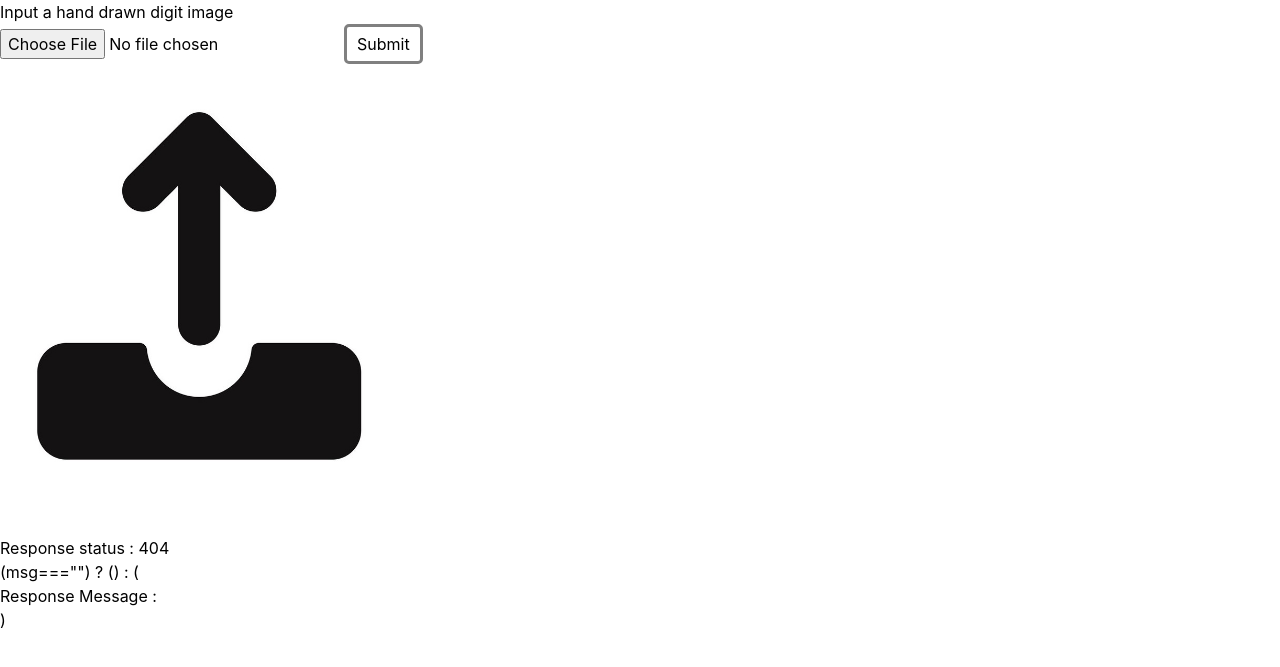
Repository: Laanith/TensorflowModelDeployment
Page: / (app in tensorflownode/)
These files come from the project's save history. The page is drawn as it stood at one moment and after the next save; the edit follows.
The browser window is 1280 px wide. The pictures show the whole page.
The project was rebuilt for these pictures with package versions that can differ from the ones it lists, and the page was loaded fresh each time.

Above is the page before, as saved 2023-10-24 13:10:07.

After the next save:
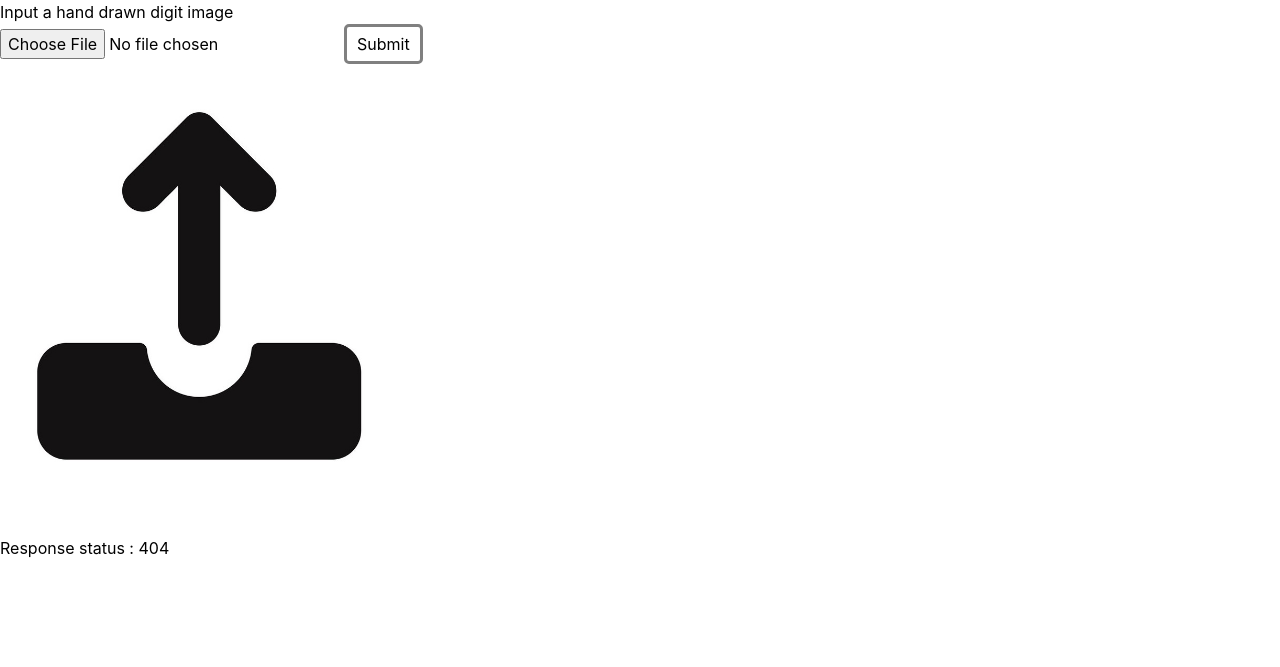
Saved 21 s later.
--- a/tensorflownode/src/App.js
+++ b/tensorflownode/src/App.js
@@ -86,9 +86,9 @@ function App() {
           <br></br>
           <br></br>
           {uploaded && <p>Upload status : Uploaded !</p>}
-                {FDUpdated && <p>FD status : Updated !</p>}
-                <p>Response status : {responseStatus}</p>
-                (msg==="") ? (<></>) : (<p>Response Message : {msg}</p>)
+          {FDUpdated && <p>FD status : Updated !</p>}
+          <p>Response status : {responseStatus}</p>
+          {msg === "" ? <></> : <p>Response Message : {msg}</p>}
         </div>
       </>
     );
